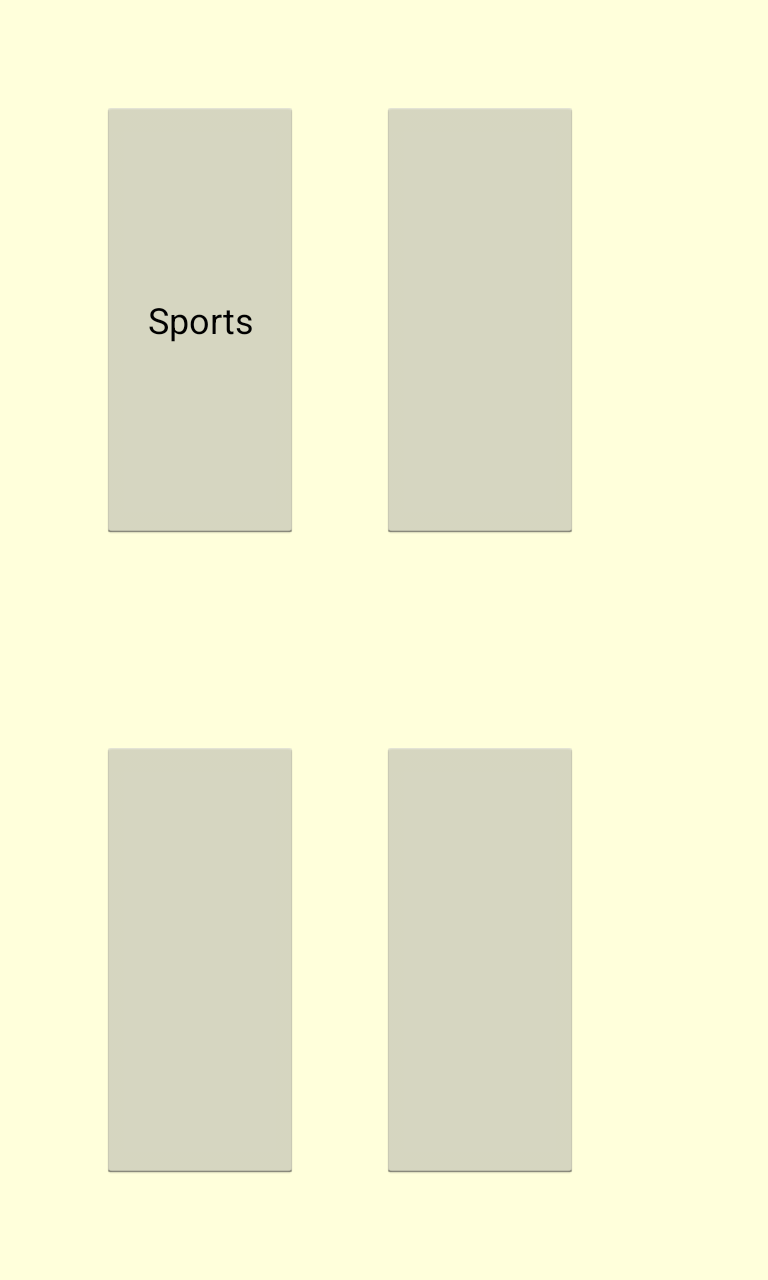
Repository: LakshmiKalyani93/AndroidTraining
Layout: application/ImplicitApplication/res/layout/implicit.xml
The author's editor kept a copy of each file at every save. The layout is drawn from the files as they stood at one save, then again after the next save.
It is drawn on a 768 x 1280 px phone screen (xhdpi) without system bars, with theme AppTheme; the app's code is not run.

Above is the layout before, as saved 2014-09-11 07:44:34.

After the next save:
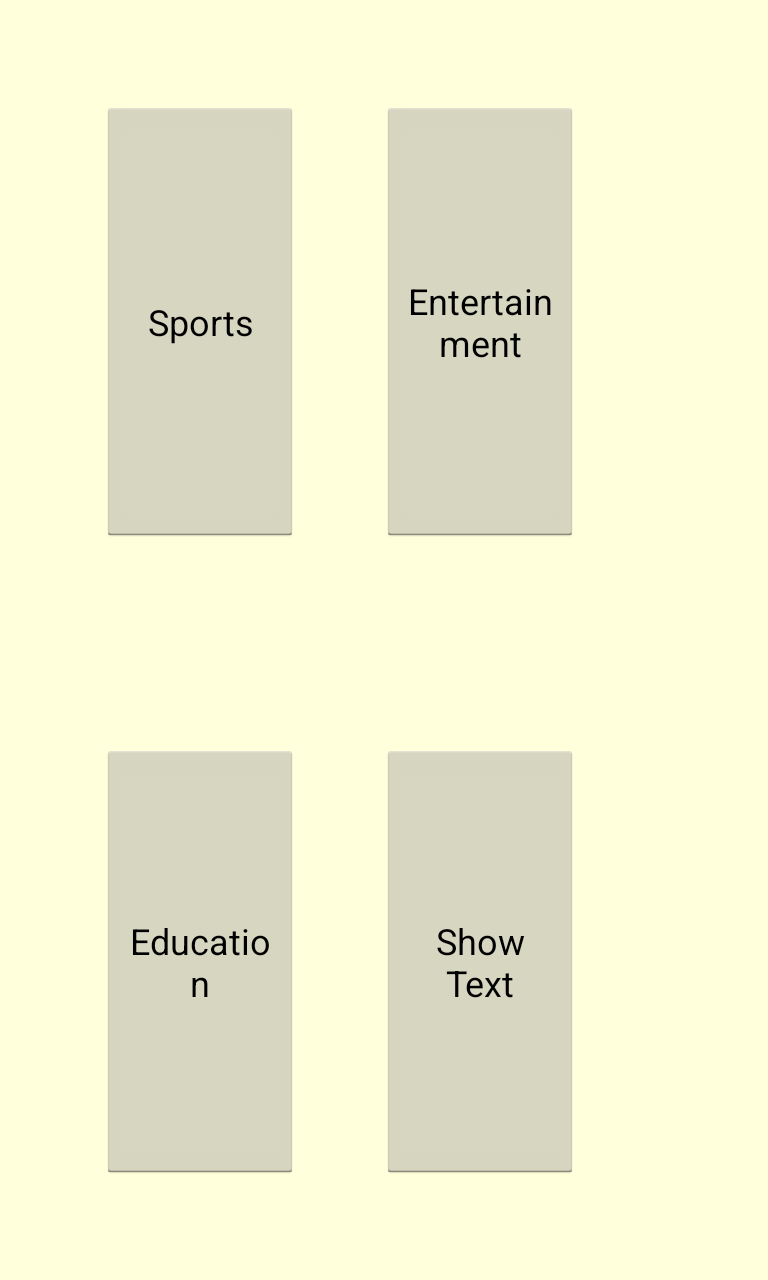
Saved 37 min 32 s later.
--- a/application/ImplicitApplication/res/layout/implicit.xml
+++ b/application/ImplicitApplication/res/layout/implicit.xml
@@ -27,6 +27,7 @@
             android:layout_width="100dp"
             android:layout_height="match_parent"
             android:layout_margin="20dp"
+             android:text="@string/movies"
             />
     </LinearLayout>
 
@@ -43,6 +44,7 @@
             android:layout_width="100dp"
             android:layout_height="match_parent"
             android:layout_margin="20dp"
+             android:text="@string/study"
             />
 
         <Button
@@ -50,6 +52,7 @@
             android:layout_width="100dp"
             android:layout_height="match_parent"
             android:layout_margin="20dp"
+             android:text="@string/text"
            />
     </LinearLayout>
 
